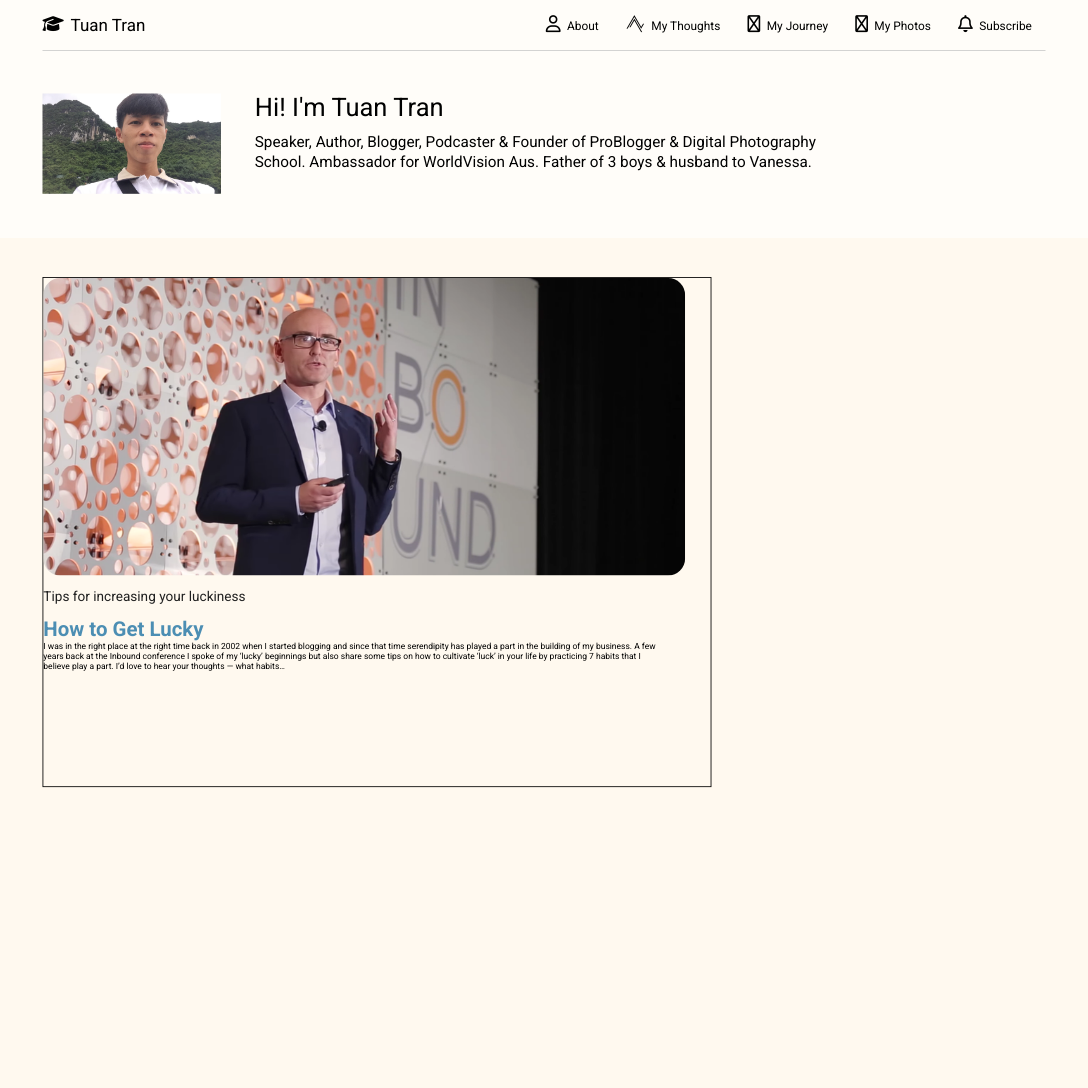
Repository: TranDinhTuann/Blog-Demo
Page: index.html
These files come from the project's save history. The page is drawn as it stood at one moment and after the next save; the edit follows.
The browser window is 1280 px wide. The pictures show the whole page, at 85% of full size.

Above is the page before, as saved 2023-03-22 20:31:42.

After the next save:
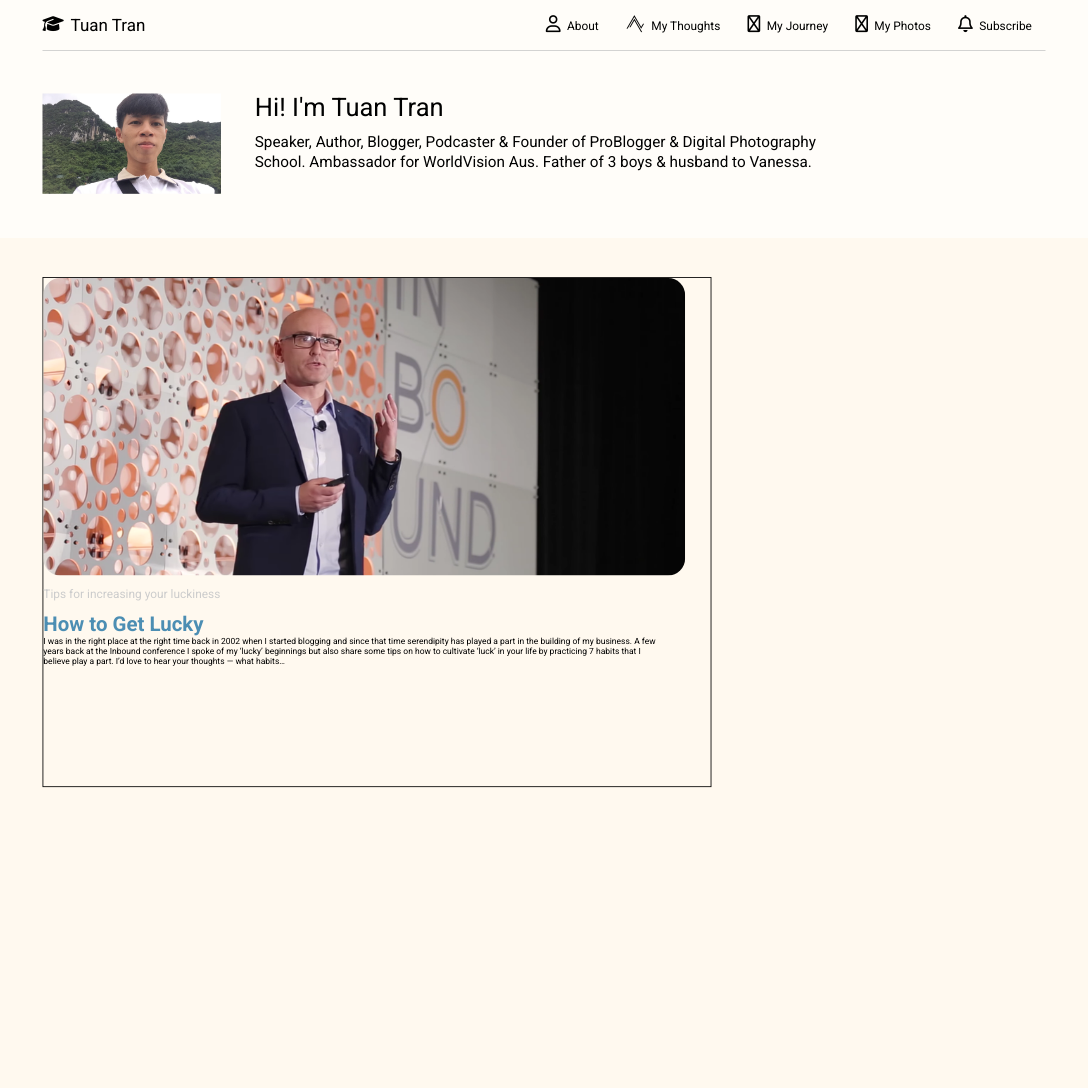
Saved 23 s later.
--- a/assets/css/main.css
+++ b/assets/css/main.css
@@ -116,8 +116,8 @@
     padding: 0 50px 0 0;
 }
 .des{
-    font-size: 16px;
-    color: #202020;
+    font-size: 14px;
+    color: #ccc;
 }
 .heading {
     font-size: 24px;
